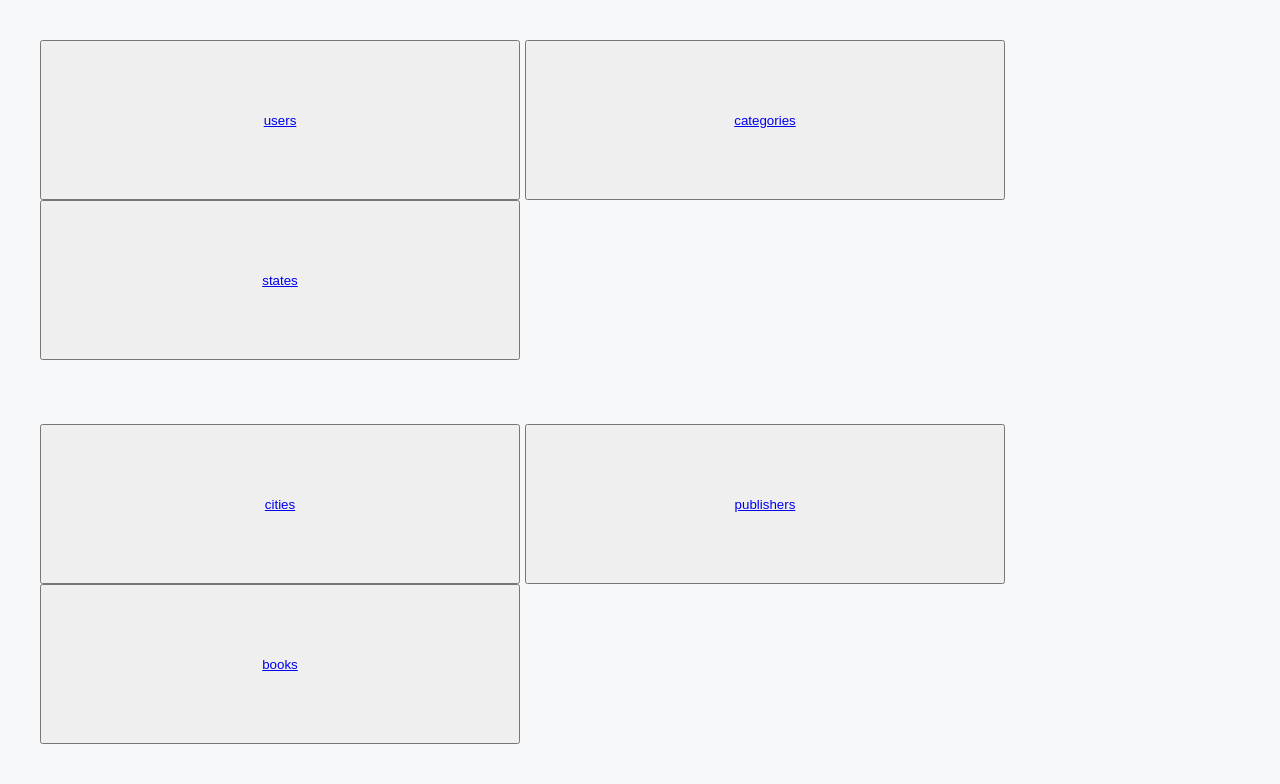
Repository: fontanive12/Biblioteca
Page: front/paginaInicial.html
An editor plug-in stored every save of this project. The page is shown before and after the next save, followed by the edit.
The browser window is 1280 px wide. The pictures show the whole page.

Above is the page before, as saved 2022-09-05 17:20:48.

After the next save:
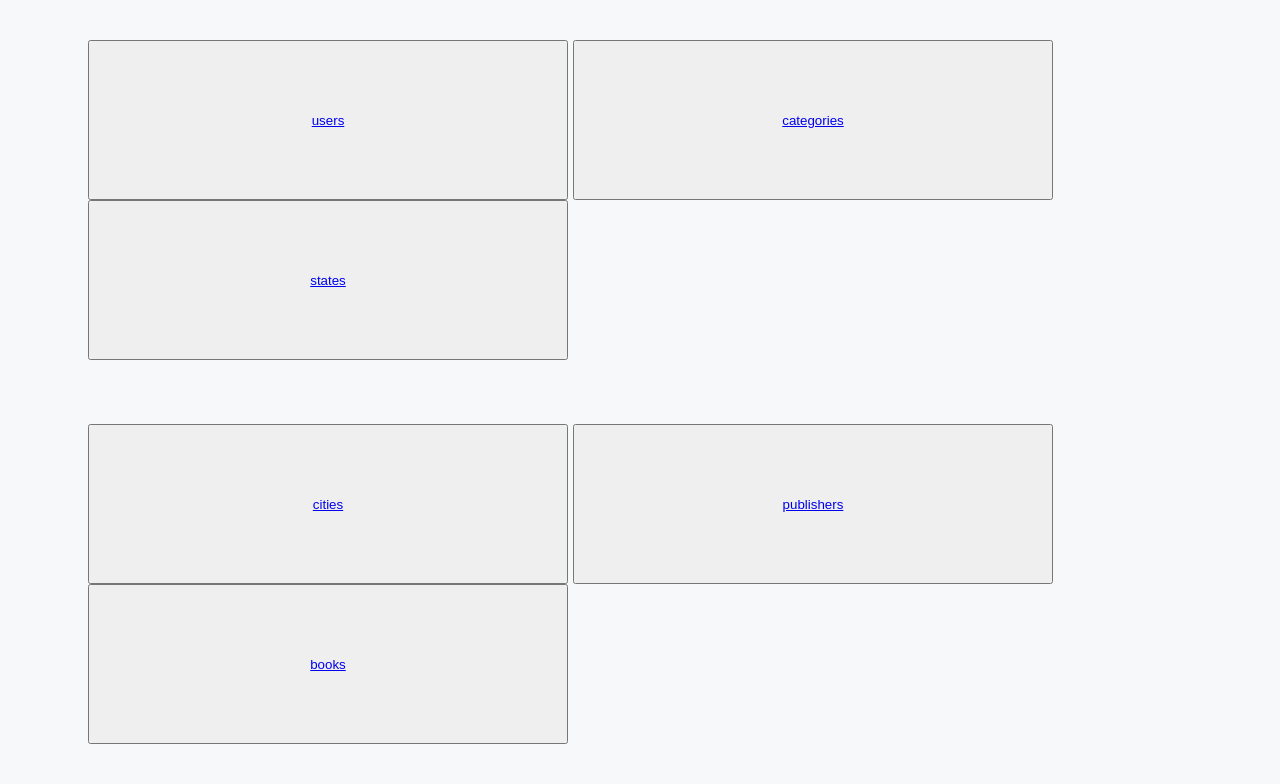
Saved 12 s later.
--- a/front/styles.css
+++ b/front/styles.css
@@ -14,7 +14,7 @@ td {
 .containerButtons {
   max-width: 100rem;
   /* margin: 1rem; */
-  padding: 2rem;
+  padding: 2rem 5rem;
 }
 
 .buttonMenu {
